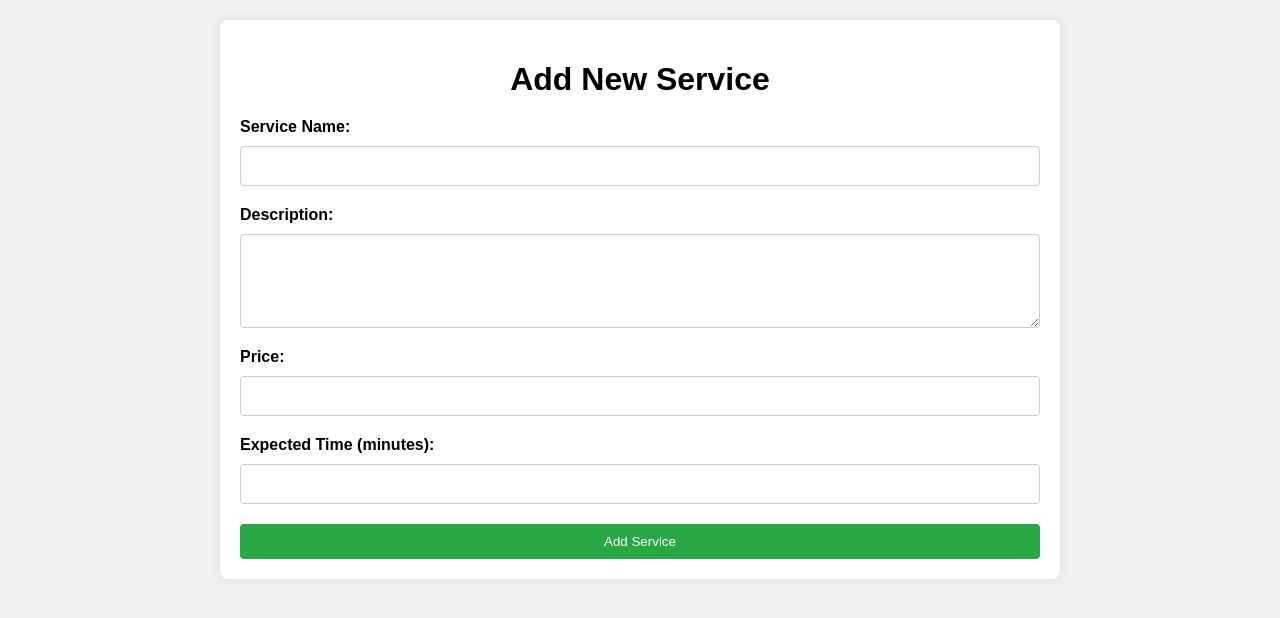
Repository: SonalikaBisoyi/BeautyParlourManagement
Page: http://localhost/BeautyParlourManagement/adm/newService.jsp
The author's editor kept a copy of each file at every save. The page is drawn from the files as they stood at one save, then again after the next save.
The browser window is 1280 px wide. The pictures show the whole page.
The page is served by Tomcat 10.

Above is the page before, as saved 2024-07-03 20:39:23.

After the next save:
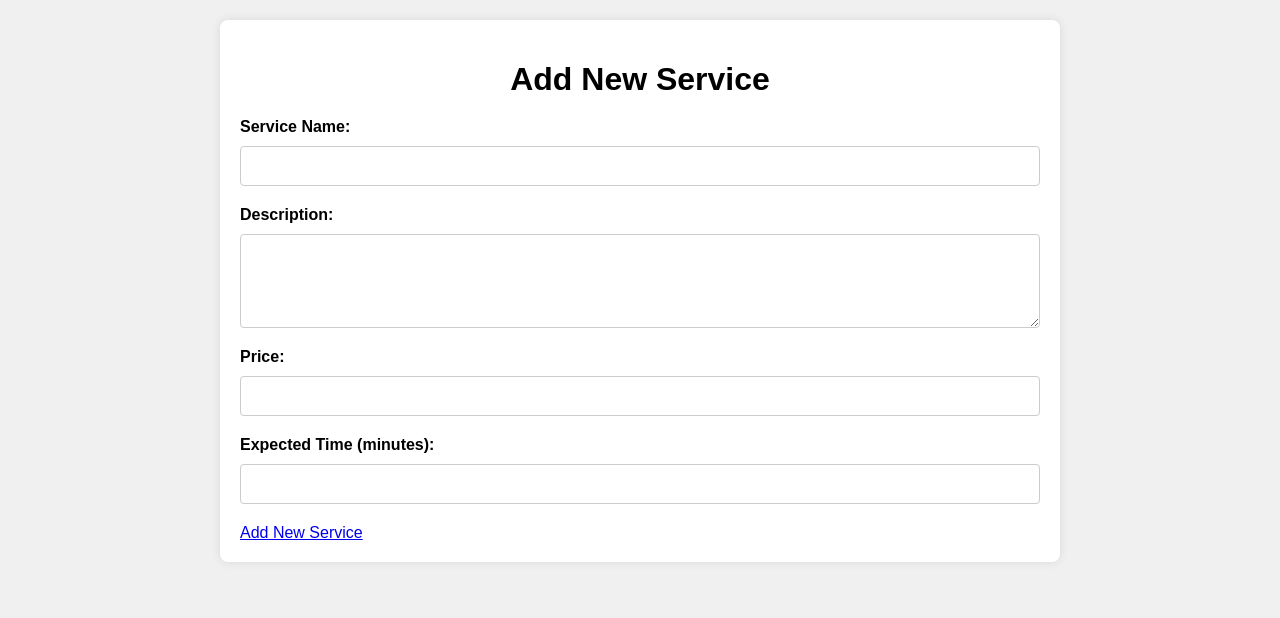
Saved 10 min 25 s later.
--- a/BeautyParlourManagement/src/main/webapp/adm/newService.jsp
+++ b/BeautyParlourManagement/src/main/webapp/adm/newService.jsp
@@ -69,7 +69,10 @@
             <label for="expectedTime">Expected Time (minutes):</label>
             <input type="number" id="expectedTime" name="expectedTime" required>
 
-            <button type="submit">Add Service</button>
+            <div class="add-button">
+    <a href="<%= request.getContextPath() %>/admin/services/new">Add New Service</a>
+</div>
+
         </form>
     </div>
 </body>
